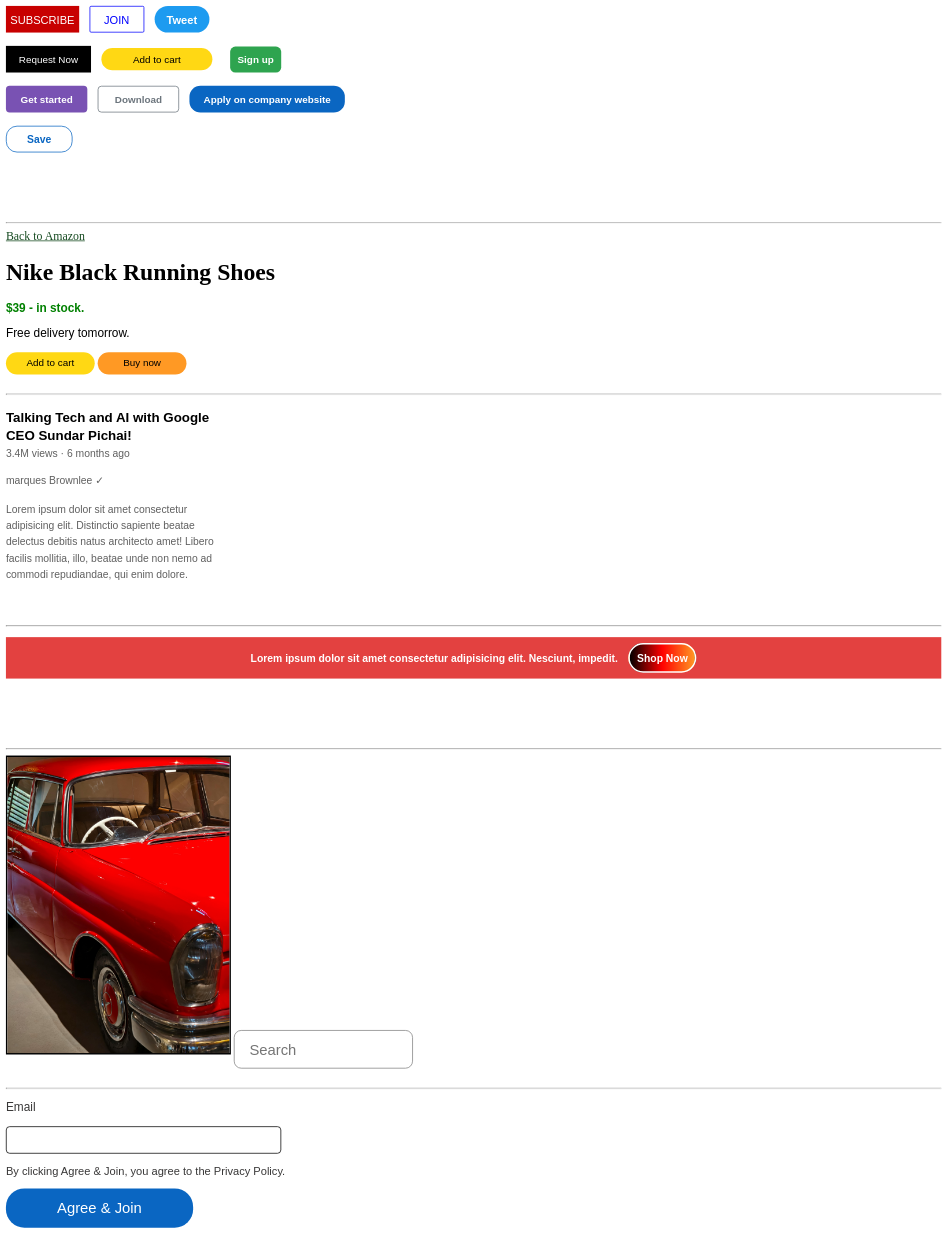
Repository: Yeyolive/WebDev_Collab_2025
Page: Basic_Projects/HTML-CSS course/into-to-html/index.html
An editor plug-in stored every save of this project. The page is shown before and after the next save, followed by the edit.
The browser window is 1280 px wide. The pictures show the whole page, at 74% of full size.
The pointer rests on the first visible `.agree-and-join`.

Above is the page before, as saved 2025-11-23 23:36:23.

### Basic_Projects/HTML-CSS course/into-to-html/index.html
<!DOCTYPE html>
<html lang="en">
  <head>
    <meta charset="UTF-8" />
    <meta http-equiv="X-UA-Compatible" content="IE=edge" />
    <!-- Ensures compatibility with Internet Explorer -->
    <meta name="viewport" content="width=device-width, initial-scale=1.0" />
    <title>HTML-CSS Course</title>
    <link rel="stylesheet" href="styles.css" />
  </head>

  <body>
    <!-- Buttons section-->
    <button class="subscribe">SUBSCRIBE</button>

    <button class="join">JOIN</button>

    <button class="tweet">Tweet</button>
    <br /><br />
    <button class="uber">Request Now</button>

    <button class="Amazon">Add to cart</button>

    <button class="Github">Sign up</button>
    <br /><br />
    <button class="Bootstrap-1">Get started</button>
    <button class="Bootstrap-2">Download</button>

    <button class="Linkedin-1">Apply on company website</button>
    <br /><br />
    <button class="Linkedin-2">Save</button>
    <br /><br /><br />
    <hr />
    <a href="#">Back to Amazon</a>
    <br />
    <h1>Nike Black Running Shoes</h1>
    <p class="price">$39 - in stock.</p>

    <p>Free delivery tomorrow.</p>

    <button class="Amazon-1">Add to cart</button>
    <button class="Amazon-2">Buy now</button>
    <br /><br />
    <hr />
    <!-- Texts section-->
    <p class="video-title">
      Talking Tech and AI with Google CEO Sundar Pichai!
    </p>

    <p class="video-stats">3.4M views &#183; 6 months ago</p>
    <p class="video-author">marques Brownlee &#10003;</p>
    <p class="video-description">
      Lorem ipsum dolor sit amet consectetur adipisicing elit. Distinctio
      sapiente beatae delectus debitis natus architecto amet! Libero facilis
      mollitia, illo, beatae unde non nemo ad commodi repudiandae, qui enim
      dolore.
    </p>
    <br /><br />
    <hr />
    <p class="apple-text">
      Lorem ipsum dolor sit amet consectetur adipisicing elit. Nesciunt,
      impedit. <span class="span-example">Shop Now</span>
    </p>
    <br /><br />
    <hr />
    <!-- Images -->
    <img src="images/pexels-fx-ambro-436492281-34879476.jpg" alt="Car" />

    <input class="search-bar" type="text" placeholder="Search" />
    <br /><br />
    <hr />
    <!-- Input field -->
    <p class="email-p1">Email</p>
    <input class="email-input" type="email" />

    <p class="email-p2">
      By clicking Agree & Join, you agree to the Privacy Policy.
    </p>

    <button class="agree-and-join">Agree & Join</button>
  </body>
</html>

### Basic_Projects/HTML-CSS course/into-to-html/styles.css
/* === buttons === */
.subscribe {
  border: none;
  height: 36px;
  background: rgb(200, 0, 0);
  color: white;
  font-size: 15px;
  cursor: pointer;
  margin-right: 10px;
  transition: opacity 0.3s;
}

.subscribe:hover {
  opacity: 0.7;
}

.subscribe:active {
  opacity: 0.6;
}

.join {
  border: 1px solid blue;
  height: 36px;
  width: 74px;
  color: blue;
  font-size: 15px;
  background: white;
  border-radius: 2px;
  cursor: pointer;
  margin-right: 10px;
  transition: background-color 0.4s, color 0.4s;
}

.join:hover {
  background: blue;
  color: white;
}

.join:active {
  opacity: 0.7;
}

.tweet {
  border: none;
  border-radius: 18px;
  height: 36px;
  width: 74px;
  background: #1d9bf0;
  color: white;
  cursor: pointer;
  font-weight: bold;
  font-size: 15px;
  transition: background-color 0.4s, color 0.4s;
}

.tweet:hover {
  box-shadow: 5px 5px 10px rgba(0, 0, 0, 0.414);
}

.uber {
  background: black;
  color: white;
  border: none;
  height: 36px;
  width: 115px;
  cursor: pointer;
  transition: background-color 0.4s, color 0.4s;
}

.uber:hover {
  opacity: 0.7;
}

.Amazon {
  background: rgb(255, 216, 20);
  color: rgb(0, 0, 0);
  border: none;
  border-radius: 18px;
  height: 30px;
  width: 150px;
  margin-left: 10px;
  margin-right: 10px;
  cursor: pointer;
  transition: background-color 0.4s, color 0.4s;
}

.Amazon:hover {
  background: rgb(255, 153, 36);
}

.Github {
  background: rgb(46, 164, 79);
  color: white;
  border: none;
  padding-left: 10px;
  padding-right: 10px;
  padding-top: 10px;
  padding-bottom: 10px;
  margin-left: 10px;
  margin-right: 10px;
  border-radius: 7px;
  font-weight: bold;
  cursor: pointer;
  transition: padding 0.15s, margin 0.15s, background-color 0.4s, color 0.4s;
}

.Github:hover {
  background: rgb(36, 124, 59);
  padding-left: 25px;
  padding-right: 25px;
  margin-left: 0px;
  margin-right: 0px;
}

.Bootstrap-1 {
  background: rgb(121, 82, 179);
  color: white;
  border: none;
  border-radius: 5px;
  height: 36px;
  width: 110px;
  font-weight: bold;
  margin-right: 10px;
  cursor: pointer;
  transition: background-color 0.4s, color 0.4s;
}

.Bootstrap-1:hover {
  background: rgb(51, 26, 88);
}
.Bootstrap-2 {
  background: white;
  color: rgb(108, 117, 125);
  font-weight: bold;
  border: 1px solid rgb(108, 117, 125);
  height: 36px;
  width: 110px;
  border-radius: 5px;
  margin-right: 10px;
  cursor: pointer;
  transition: background-color 0.4s, color 0.4s;
}
.Bootstrap-2:hover {
  background: rgb(108, 117, 125);
  color: white;
  width: 130px;
}

.Linkedin-1 {
  background: rgb(10, 102, 194);
  color: white;
  border: none;
  border-radius: 15px;
  font-weight: bold;
  height: 36px;
  width: 210px;
  cursor: pointer;
  transition: background-color 0.4s, color 0.4s;
}

.Linkedin-1:hover {
  background: rgb(6, 61, 116);
}

.Linkedin-2 {
  background: white;
  color: rgb(10, 102, 194);
  font-weight: bold;
  border: 1px solid rgb(10, 102, 194);
  height: 36px;
  width: 90px;
  border-radius: 15px;
  cursor: pointer;
  font-size: 14px;
  margin-bottom: 50px;
  transition: background-color 0.4s, color 0.4s;
}

.Linkedin-2:hover {
  background: rgba(55, 146, 250, 0.307);
  color: rgb(10, 102, 194);
  border: 1px solid rgb(10, 102, 194);
}

a {
  color: rgb(22, 75, 33);
}

a:hover {
  text-decoration: none;
  color: rgb(30, 255, 0);
}

.Amazon-1 {
  background: rgb(255, 216, 20);
  color: rgb(0, 0, 0);
  border: none;
  border-radius: 18px;
  height: 30px;
  width: 120px;
  cursor: pointer;
  transition: background-color 0.4s, color 0.4s;
}
.Amazon-1:hover {
  background: rgb(255, 153, 36);
  margin-right: 20px;
  border-top-right-radius: 25px;
}

.Amazon-2 {
  background: rgb(255, 153, 36);
  color: rgb(0, 0, 0);
  border: none;
  border-radius: 18px;
  height: 30px;
  width: 120px;
  cursor: pointer;
  transition: background-color 0.4s, color 0.4s;
}
.Amazon-2:hover {
  background: rgb(255, 216, 20);
  margin-left: 20px;
  border-top-left-radius: 25px;
  border-bottom-right-radius: 25px;
  font-style: italic;
}

.price {
  color: green;
  font-weight: bold;
}

/* === video ===== */

p {
  font-family: Arial, Helvetica, sans-serif;
}
.video-title {
  font-size: 18px;
  font-weight: bold;
  width: 300px;
  line-height: 24px;
  margin-bottom: 5px;
}

.video-stats {
  font-size: 14px;
  color: rgb(96, 96, 96);
  margin-top: 0;
  margin-bottom: 20px;
}

.video-author {
  font-size: 14px;
  color: rgb(96, 96, 96);
  margin-top: 0;
  margin-bottom: 20px;
}

.video-description {
  font-size: 14px;
  color: rgb(96, 96, 96);
  width: 300px;
  line-height: 22px;
  margin-top: 0;
}

.apple-text {
  margin-bottom: 50px;
  font-size: 14px;
  font-weight: bold;
  background-color: rgb(227, 65, 64);
  color: white;
  text-align: center;
  padding: 20px 10px;
}

.span-example {
  color: rgb(255, 255, 255);
  cursor: pointer;
  margin-left: 10px;
  border: 2px solid rgb(255, 255, 255);
  padding: 10px;
  background: linear-gradient(
    to right,
    rgb(0, 0, 0),
    rgb(255, 1, 1),
    rgb(255, 153, 36)
  );
  border-radius: 20px;
}

.span-example:hover {
  opacity: 0.7;
}

.span-example:active {
  opacity: 0.6;
}

/* === images === */

img {
  width: 300px;
  border: 2px solid black;
  object-fit: cover;
  object-position: center;
}

.search-bar {
  width: 200px;
  height: 30px;
  margin-top: 20px;
  font-size: 20px;
  padding: 10px 20px;
  border: 1px solid grey;
  border-radius: 10px;
}

.email-p1 {
  color: rgb(56, 55, 55);
}

.email-p2 {
  color: rgb(56, 55, 55);
  width: 405px;
  font-size: 15px;
}

.email-input {
  width: 350px;
  border: 1.5px solid black;
  border-radius: 5px;
  padding: 10px;
}

.agree-and-join {
  padding: 15px 60px;
  width: 20%;
  font-size: 20px;
  color: white;
  border: none;
  border-radius: 25px;
  background-color: rgb(10, 102, 194);
  cursor: pointer;
  transition: background-color 0.4s, color 0.4s;
}

After the next save:
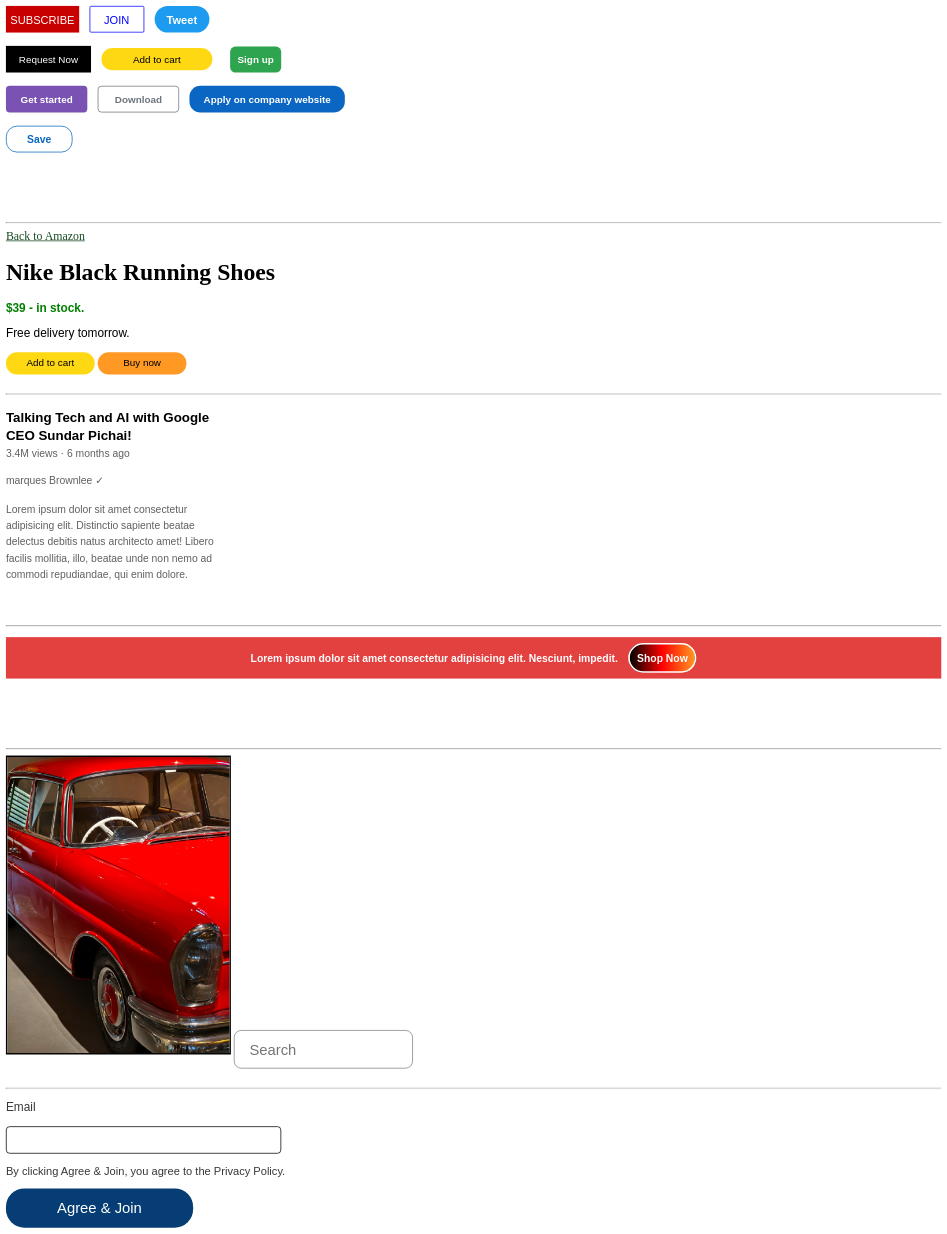
Saved 15 s later.
--- a/Basic_Projects/HTML-CSS course/into-to-html/styles.css
+++ b/Basic_Projects/HTML-CSS course/into-to-html/styles.css
@@ -345,3 +345,7 @@
   cursor: pointer;
   transition: background-color 0.4s, color 0.4s;
 }
+
+.agree-and-join:hover {
+  background: rgb(6, 61, 116);
+}
